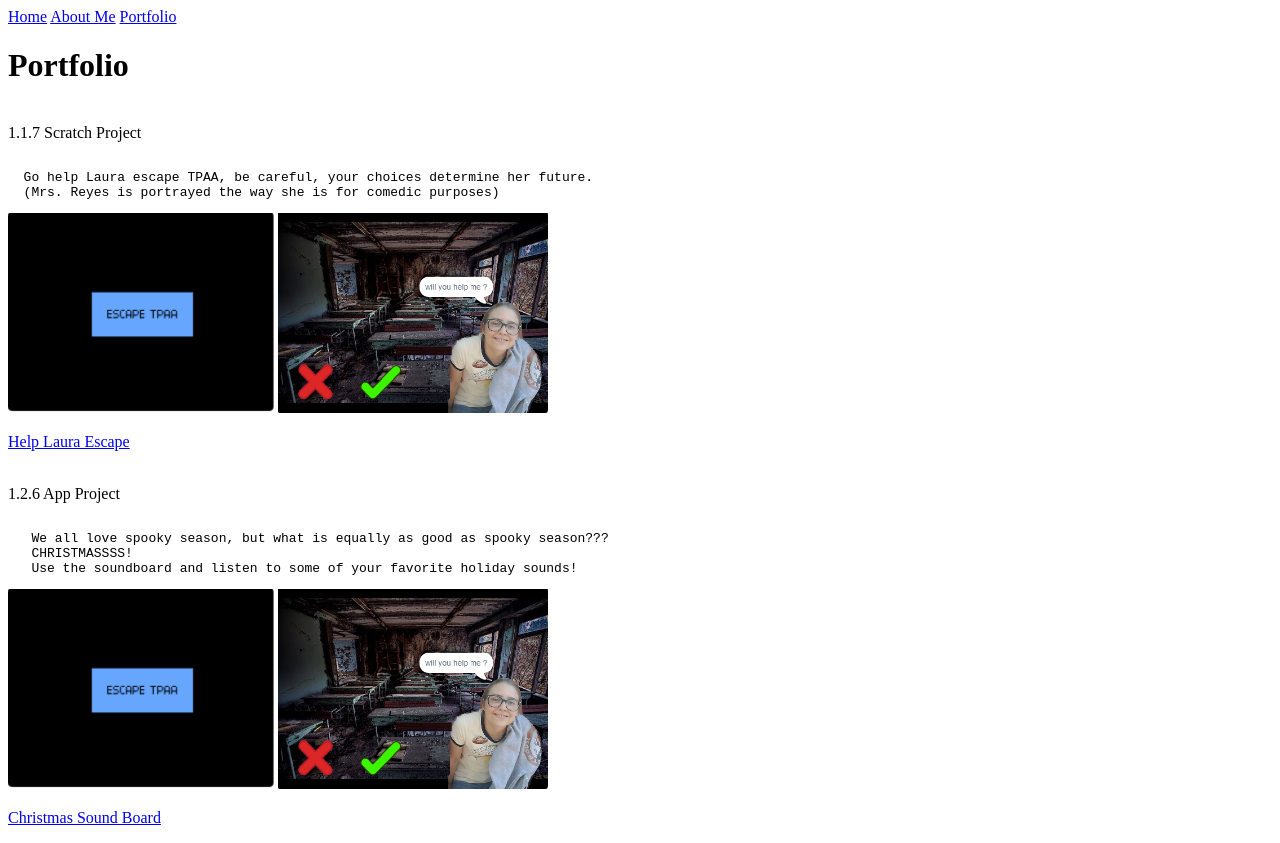
Repository: JDiaz463/JDiaz463.github.io
Page: my_website/portfolio.html
The author's editor kept a record of every edit. The page is drawn from the files as they stood at one moment, then again after the next edit.
The browser window is 1280 px wide. The pictures show the whole page.

Above is the page before.

After the next edit:
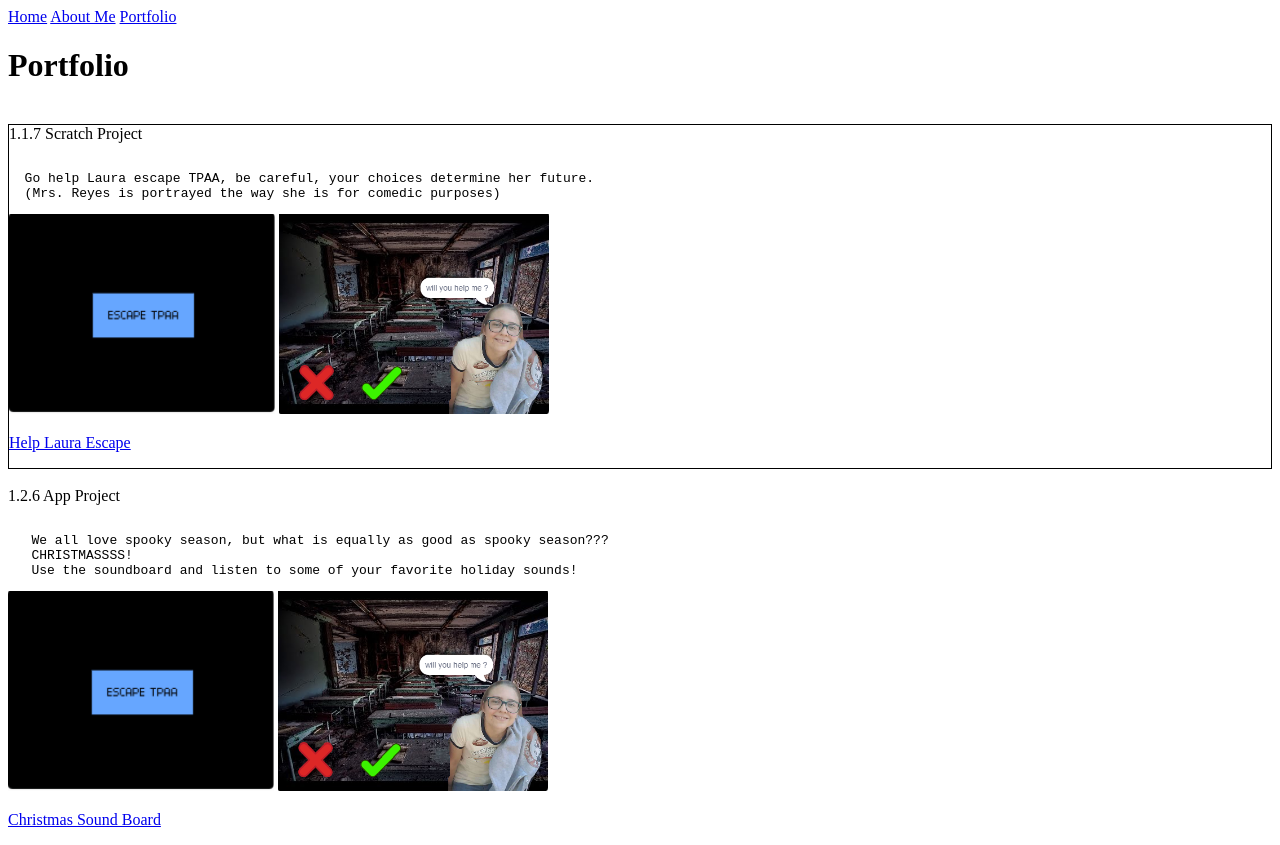
The edit:
--- a/my_website/portfolio.html
+++ b/my_website/portfolio.html
@@ -8,7 +8,7 @@
     <a href="portfolio.html">Portfolio</a>
     <h1>Portfolio</h1>
     <br>
-   <div style="border: 3x solid black">1.1.7 Scratch Project
+   <div style="border: 1px solid black">1.1.7 Scratch Project
 <pre>
   Go help Laura escape TPAA, be careful, your choices determine her future.
   (Mrs. Reyes is portrayed the way she is for comedic purposes)</pre>
